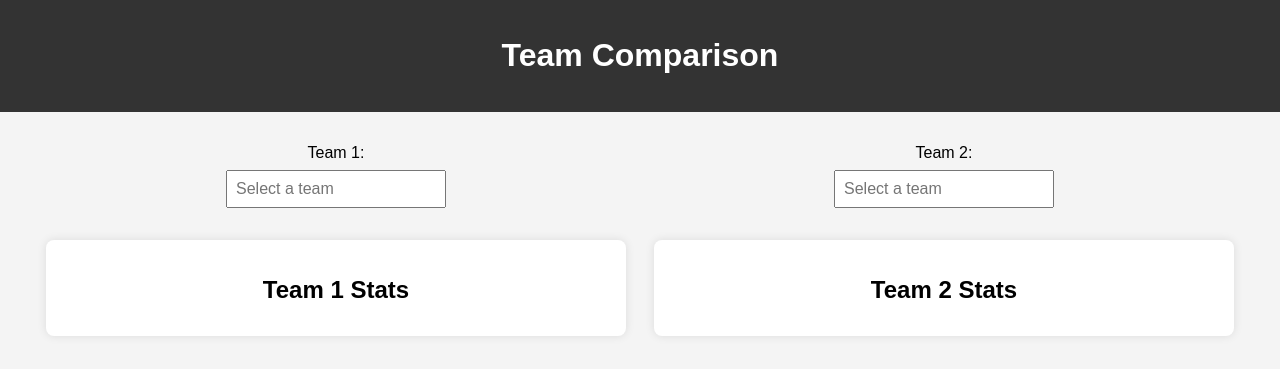
Repository: Enzo-py/dataviz-project-m1
Page: stat_page.html
The author's editor kept a copy of each file at every save. The page is drawn from the files as they stood at one save, then again after the next save.
The browser window is 1280 px wide. The pictures show the whole page.
Some web fonts or font styles are not loaded; a fallback is used.

Above is the page before, as saved 2024-12-12 15:31:55.

After the next save:
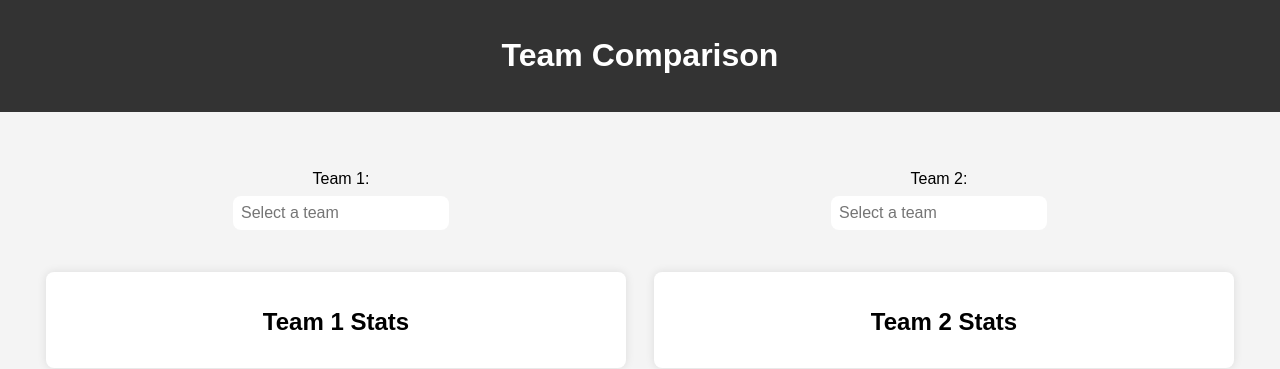
Saved 2 min 51 s later.
--- a/stat_page.html
+++ b/stat_page.html
@@ -14,7 +14,7 @@
         <h1>Team Comparison</h1>
     </header>
     <main>
-        <section class="team-selection">
+        <menu class="team-selection">
             <div class="team">
                 <label for="team1">Team 1:</label>
                 <input type="text" id="team1" list="teams" placeholder="Select a team">
@@ -26,7 +26,7 @@
             <datalist id="teams">
                 <!-- Options will be populated dynamically -->
             </datalist>
-        </section>
+        </menu>
         <section class="comparison-results">
             <div class="team-stats" id="team1-stats">
                 <h2>Team 1 Stats</h2>
--- a/style_stat_page.css
+++ b/style_stat_page.css
@@ -16,10 +16,15 @@ main {
     padding: 2rem;
 }
 
-.team-selection {
+menu.team-selection {
     display: flex;
     justify-content: space-around;
     margin-bottom: 2rem;
+    background-color: var(--background-color);
+    border: solid 2px var(--secondary-color);
+    padding: 10px;
+    border-radius: 8px;
+    box-shadow: 0 3px 3px 0 var(--shadow-color);
 }
 
 .team {
@@ -36,6 +41,9 @@ main {
     padding: 0.5rem;
     font-size: 1rem;
     width: 200px;
+    border: solid 2px var(--secondary-color);
+    border-radius: 8px;
+    box-shadow: 0 3px 3px 0 var(--shadow-color);
 }
 
 .comparison-results {
